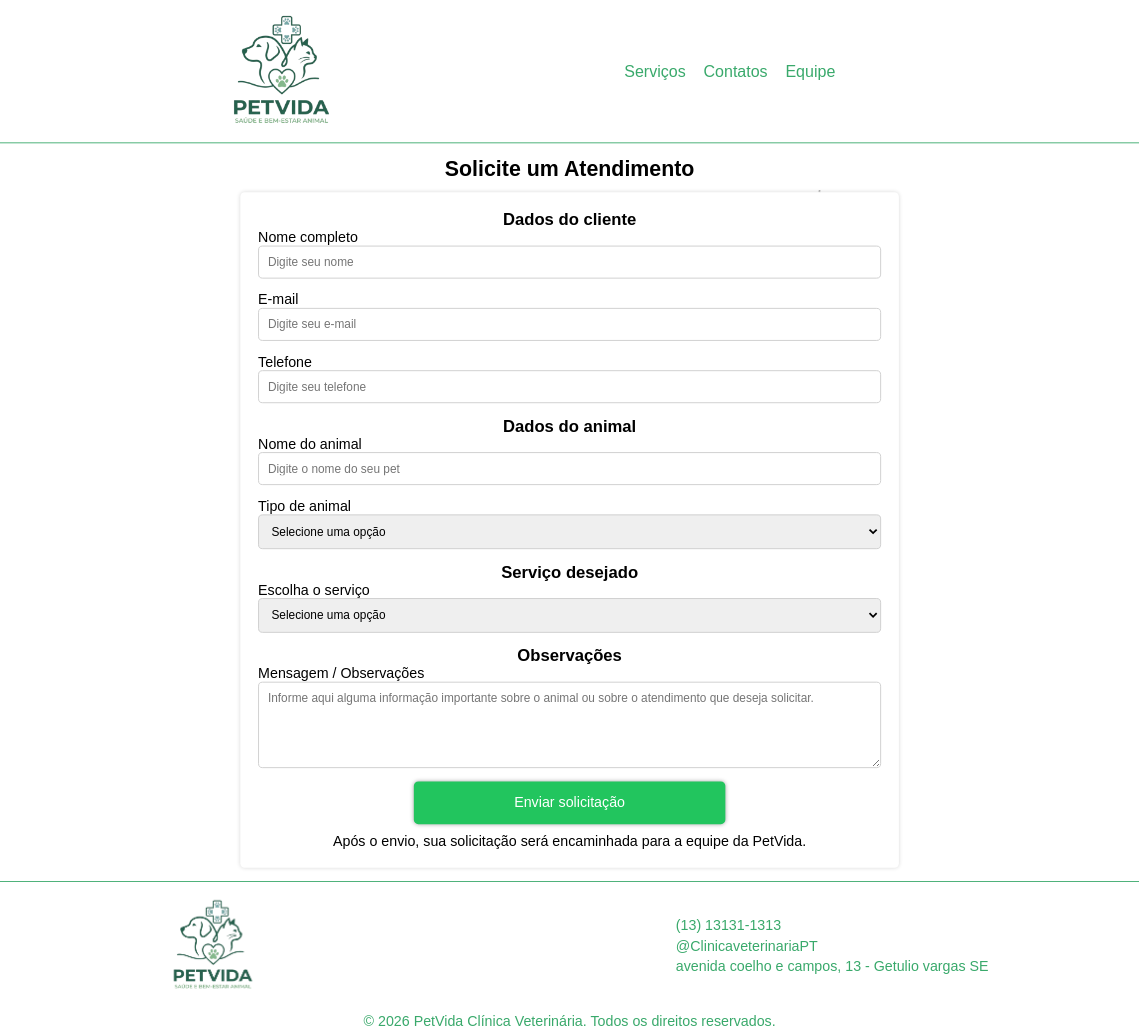
Repository: antonymsantana-design/Veterinario
Page: contatos.html
The author's editor kept a copy of each file at every save. The page is drawn from the files as they stood at one save, then again after the next save.
The browser window is 1280 px wide. The pictures show the whole page, at 89% of full size.

Above is the page before, as saved 2026-10-03 20:04:55.

### contatos.html
<!doctype html>
<html lang="pt-br">
  <head>
    <meta charset="UTF-8" />
    <meta name="viewport" content="width=device-width, initial-scale=1.0" />
    <title>Cebola Hair</title>
    <link rel="stylesheet" href="style.css" />
  </head>
  <header>
    <div class="conteudoH" id="conteudoH">
      <div class="imagem" id="imagem">
        <img src="image/logo.png" alt="logo" class="logoIMG" id="logoIMG" />
      </div>
      <div class="direitaH">
        <div class="links" id="links">
          <a href="serviços.html" class="aLinks" id="servA">Serviços</a>
          <a href="CONTATOS.HTML" class="aLinks" id="contatosA">Contatos</a>
          <a href="Team.html" class="aLinks" id="contatosA">Equipe</a>
        </div>
      </div>
    </div>
  </header>

  <body>
    <h2 class="Our" id="servicosT">Solicite um Atendimento</h2>
    <hr />



    <div class="context">
    <form
      action="https://formsubmit.co/antony.m.santana@aluno.senai.br"
      method="POST"
    >
      <input type="hidden" name="_subject" value="Nova solicitação - PetVida" />
      <input type="hidden" name="_template" value="table" />

      <h3>Dados do cliente</h3>

      <div class="campo">
        <label for="nome">Nome completo</label>
        <input
          type="text"
          name="nome"
          id="nome"
          placeholder="Digite seu nome"
          required
        />
      </div>

      <div class="campo">
        <label for="email">E-mail</label>
        <input
          type="email"
          name="email"
          id="email"
          placeholder="Digite seu e-mail"
          required
        />
      </div>

      <div class="campo">
        <label for="telefone">Telefone</label>
        <input
          type="tel"
          name="telefone"
          id="telefone"
          placeholder="Digite seu telefone"
          required
        />
      </div>

      <h3>Dados do animal</h3>

      <div class="campo">
        <label for="animal">Nome do animal</label>
        <input
          type="text"
          name="animal"
          id="animal"
          placeholder="Digite o nome do seu pet"
          required
        />
      </div>

      <div class="campo">
        <label for="tipo">Tipo de animal</label>

        <select name="tipo_animal" id="tipo" required>
          <option value="">Selecione uma opção</option>
          <option value="Cachorro">Cachorro</option>
          <option value="Gato">Gato</option>
          <option value="Outro">Outro</option>
        </select>
      </div>

      <h3>Serviço desejado</h3>

      <div class="campo">
        <label for="servico">Escolha o serviço</label>

        <select name="servico" id="servico" required>
          <option value="">Selecione uma opção</option>
          <option value="Consulta veterinária">Consulta veterinária</option>
          <option value="Vacinação">Vacinação</option>
          <option value="Banho e tosa">Banho e tosa</option>
          <option value="Exames laboratoriais">Exames laboratoriais</option>
          <option value="Atendimento de emergência">
            Atendimento de emergência
          </option>
          <option value="Acompanhamento veterinário">
            Acompanhamento veterinário
          </option>
        </select>
      </div>

      <h3>Observações</h3>

      <div class="campo">
        <label for="mensagem">Mensagem / Observações</label>

        <textarea
          name="mensagem"
          id="mensagem"
          rows="5"
          placeholder="Informe aqui alguma informação importante sobre o animal ou sobre o atendimento que deseja solicitar."
        ></textarea>
      </div>

      <button type="submit" class="buto">Enviar solicitação</button>

      <p class="texto-form">
        Após o envio, sua solicitação será encaminhada para a equipe da PetVida.
      </p>
    </form>

    </div>
  </body>
  <footer id="footer">
    <div class="cimaF">
      <div class="direita">
        <img src="image/logo.png" alt="logo" class="logoIMGF" id="logoIMG" />
      </div>

      <div class="esquerda">
        <p>(13) 13131-1313</p>
        <p>@ClinicaveterinariaPT</p>
        <p>avenida coelho e campos, 13 - Getulio vargas SE</p>
      </div>
    </div>
    <div class="baixoF">
      <p>© 2026 PetVida Clínica Veterinária. Todos os direitos reservados.</p>
    </div>
  </footer>
</html>

### style.css
* {
  padding: 0px;
  margin: 0px;
  font-family: Arial, Helvetica, sans-serif;
}
a{
    color: black;
    text-decoration: none;
}

header {
  background-color: #ffffff;
  height: 160px;
  display: flex;
  justify-content: center;
  align-items: center;
  border-bottom: 1px solid #39a96b;
}

.conteudoH {
  display: flex;
  justify-content: center;
  align-items: center;
  gap: 300px;
}

.imagem {
  margin-left: 20px;
  margin-top: 5px;
  display: flex;
  justify-content: center;
  align-items: center;
  gap: 30px;
  font-weight: 600;
  font-size: 22px;
}

.logoIMG {
  width: 170px;
  margin-bottom: 10px;
  cursor: pointer;
}

.logoH {
  color: white;
}

.links {
  display: flex;
  gap: 20px;
  justify-content: center;
  padding-right: 130px;
  font-size: 18px;
}

.links a {
  text-decoration: none;
  color: #39a96b;
  transition: 0.5s ease;
}

.aLinks:hover {
  transform: translateY(-5px);
  box-shadow: 0 4px 10px rgba(0, 0, 0, 0.15);
  background-color: #39a96b;
  color: #f5f5f5;
  border-radius: 5px;
  width: 120px;
  height: 30px;
  display: flex;
  justify-content: center;
  align-items: center;
}

.btnDiv {
  display: flex;
}

.btn {
  display: flex;
  justify-content: center;
  width: 140px;
  height: 50px;
  background-color: #22c55e;
  border: none;
  color: white;
  align-items: center;
  border-radius: 8px;
  transition: 0.3s ease;
  cursor: pointer;
  font-size: 14px;
}

.btn:hover {
  transform: translateY(-5px);
  box-shadow: 0 8px 15px rgba(0, 0, 0, 0.4);
}

.direitaH {
  display: flex;
  justify-content: center;
  align-items: center;
}

.conteudo {
  background-image: url(image/Cuidando\ de\ Quem\ Amamos.png);
  background-repeat: no-repeat;
  background-size: cover;
  background-position: center;
  height: 80vh;
  color: white;
}

.card {
  background-color: #fdeec7;
  width: 270px;
  height: 220px;
  display: flex;
  flex-direction: column;
  justify-content: center;
  align-items: center;
  border-radius: 5px;
}

.cards {
  margin: auto 100px;
  display: flex;
  justify-content: center;
  gap: 40px;
  padding-top: 20px;
  padding-bottom: 20px;
}

.card h4 {
  color: #22c55e;
}

.icone {
  width: 120px;
  height: 120px;
  padding-bottom: 10px;
}

.Our {
  padding-top: 15px;
  text-align: center;
  padding-bottom: 10px;
}

hr {
  color: #22c55e;
  text-align: center;
  margin-left: 920px;
  margin-right: 920px;
}

.agendar {
  display: flex;
  justify-content: space-around;
  align-items: center;
  padding-bottom: 20px;
}

.form {
  background-color: #ecf2f7;
  width: 600px;
  height: 300px;
  border-radius: 7px;
  display: flex;
  justify-content: center;
  flex-direction: column;
}

.formCima {
  padding-top: 20px;
  display: flex;
  justify-content: center;
  align-items: center;
  flex-direction: column;
}

.quadrado {
  display: grid;
  justify-content: center;
  grid-template-columns: repeat(2, 200px);
  gap: 30px;
  column-gap: 70px;
  margin-right: 40px;
}

.esq {
  font-size: 25px;
}

footer {
  display: flex;
  justify-content: center;
  align-items: center;
  flex-direction: column;
  background-color: #ffffff;
  color: #39a96b;
  border-top: 1px solid #39a96b;
}

.AbH2 {
  padding-left: 20px;
  padding-right: 20px;
  padding-bottom: 10px;
  padding-top: 10px;
  text-align: center;
}

.AbH3 {
  padding-left: 20px;
  padding-right: 20px;
  padding-bottom: 10px;
  padding-top: 10px;
  text-align: center;
  margin-left: 425px;
  margin-right: 425px;
}

.topc {
  display: flex;
  justify-content: center;
  align-items: center;
  flex-direction: column;
  text-align: center;
  max-width: 350px;
}

.topics {
  display: flex;
  justify-content: center;
  gap: 100px;
  padding-bottom: 25px;
}

.topcIMG {
  width: 290px;
  height: 260px;
  border-radius: 25px;
  cursor: pointer;
  padding-bottom: 10px;
  padding-top: 10px;
}

.topcH {
  padding-bottom: 10px;
}

.cimaF {
  display: flex;
  justify-content: center;
  gap: 450px;
  align-items: center;
  margin-bottom: 4px;
}

.logoIMGF {
  width: 140px;
  cursor: pointer;
}

.esquerda {
  display: flex;
  flex-direction: column;
  gap: 5px;
}

.formu {
  width: 240px;
  height: 30px;
  border-radius: 5px;
  border: none;
}

.forms {
  width: 500px;
  height: 30px;
  border-radius: 5px;
  border: none;
}

.agendarbtn {
  display: flex;
  justify-content: center;
  align-items: center;
  width: 512px;
  height: 40px;
  background-color: #22c55e;
  border: none;
  color: white;
  border-radius: 8px;
  transition: 0.3s ease;
  cursor: pointer;
  margin-top: 15px;
}

.agendarbtn:hover {
  transform: translateY(-5px);
}

.btnAgendar {
  display: flex;
  justify-content: center;
  align-items: center;
}

/*pagina de serviços*/

.primeiro {
  background-color: #f0f9f4;
  width: 300px;

  padding-bottom: 13px;
  text-align: center;
  padding-top: 13px;
  flex-wrap: wrap;
  border-radius: 15px;
}

.cards {
    margin-left: 190px;
  display: grid;
  justify-content: center;
  grid-template-columns: repeat(3, 400px);
  gap: 50px;
  padding-bottom: 15px;
}
.cards .primeiro img {
  width: 250px;
  height: 250px;
  border-radius: 15px;
}
h1 {
  text-align: center;
  margin-top: 20px;
  margin-bottom: 20px;
}
.texto {
  color: #3c2415;
}
.preco {
  color: #e4c8a4;
}

form {
  display: flex;
  flex-direction: column;
  align-items: center;
  justify-content: center;
  box-shadow: 0px 0px 5px rgba(0, 0, 0, 0.16);
  padding: 20px;
  width: 700px;
  margin: 0 auto;
  border-radius: 5px;
  margin-bottom: 15px;
}

.campo{
    display: flex;
    flex-direction: column;
    margin-bottom: 15px;
    width: 100%;
}

input, select, textarea{
    padding: 10px;
    border-radius: 5px;
    border: 1px solid #ccc;
    resize: vertical;
}

.buto{
    padding: 15px;
    background-color: #22c55e;
    width: 50%;
    border: none;
    border-radius: 5px;
    color: white;
    cursor:pointer;
    font-size: 16px;
    font-weight: lighter;
    margin-bottom: 11px;
     box-shadow: 0px 0px 5px rgba(0, 0, 0, 0.367);
}




/* celular */

@media (max-width: 768px) {
  /* header */
  header {
    height: auto;
    padding: 10px 0;
  }

  .conteudoH {
    flex-direction: column;
    padding-right: 0;
    gap: 15px;
  }

  .imagem {
    margin-left: 0;
    margin-top: 0;
    gap: 10px;
  }

  .logoIMG {
    width: 80px;
    height: 80px;
  }

  .logoH {
    font-size: 20px;
  }

  .direitaH {
    flex-direction: column;
    gap: 15px;
  }

  .links {
    padding-right: 0;
    font-size: 16px;
  }

  .conteudo {
    height: 400px;
  }

  .texto {
    padding-left: 25px;
    padding-right: 25px;
    height: 400px;
    font-size: 25px;
  }

  .texto small {
    font-size: 14px;
  }

  .Our {
    font-size: 25px;
  }

  hr {
    margin-left: 30%;
    margin-right: 30%;
  }

  .cards {
    flex-direction: column;
    align-items: center;
    gap: 20px;
  }

  .card {
    width: 80%;
    max-width: 270px;
  }

  .agendar {
    flex-direction: column;
    gap: 30px;
    padding: 30px 20px;
  }

  .esq {
    font-size: 18px;
    text-align: center;
  }

  .esq h1 {
    font-size: 28px;
  }

  .esq p {
    font-size: 15px;
  }

  .form {
    width: 100%;
    max-width: 600px;
    height: auto;
    padding: 20px 0;
  }

  .forms {
    width: 80%;
  }

  .quadrado {
    grid-template-columns: 1fr;
    gap: 15px;
    margin-right: 0;
  }

  .formu {
    width: 80%;
  }

  .quadrado > div {
    width: 100%;
    text-align: center;
  }

  .quadrado label {
    display: block;
    margin-bottom: 5px;
  }

  .agendarbtn {
    width: 80%;
  }

  footer {
    flex-direction: column;
    gap: 20px;
    padding: 20px;
    text-align: center;
  }

  .esquerda {
    align-items: center;
  }
}

After the next save:
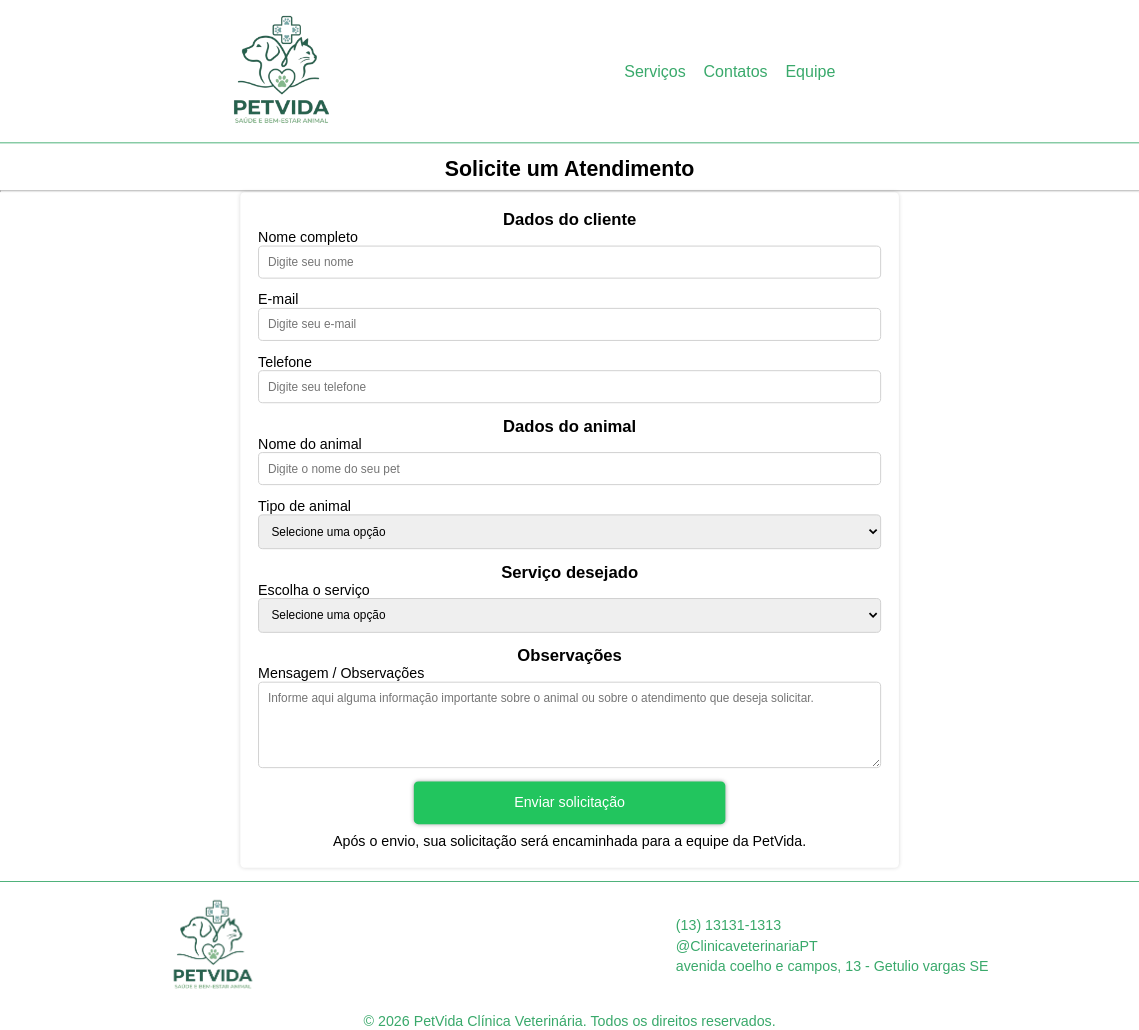
Saved 28 s later.
--- a/style.css
+++ b/style.css
@@ -150,8 +150,7 @@
 hr {
   color: #22c55e;
   text-align: center;
-  margin-left: 920px;
-  margin-right: 920px;
+
 }
 
 .agendar {

After the save that followed:
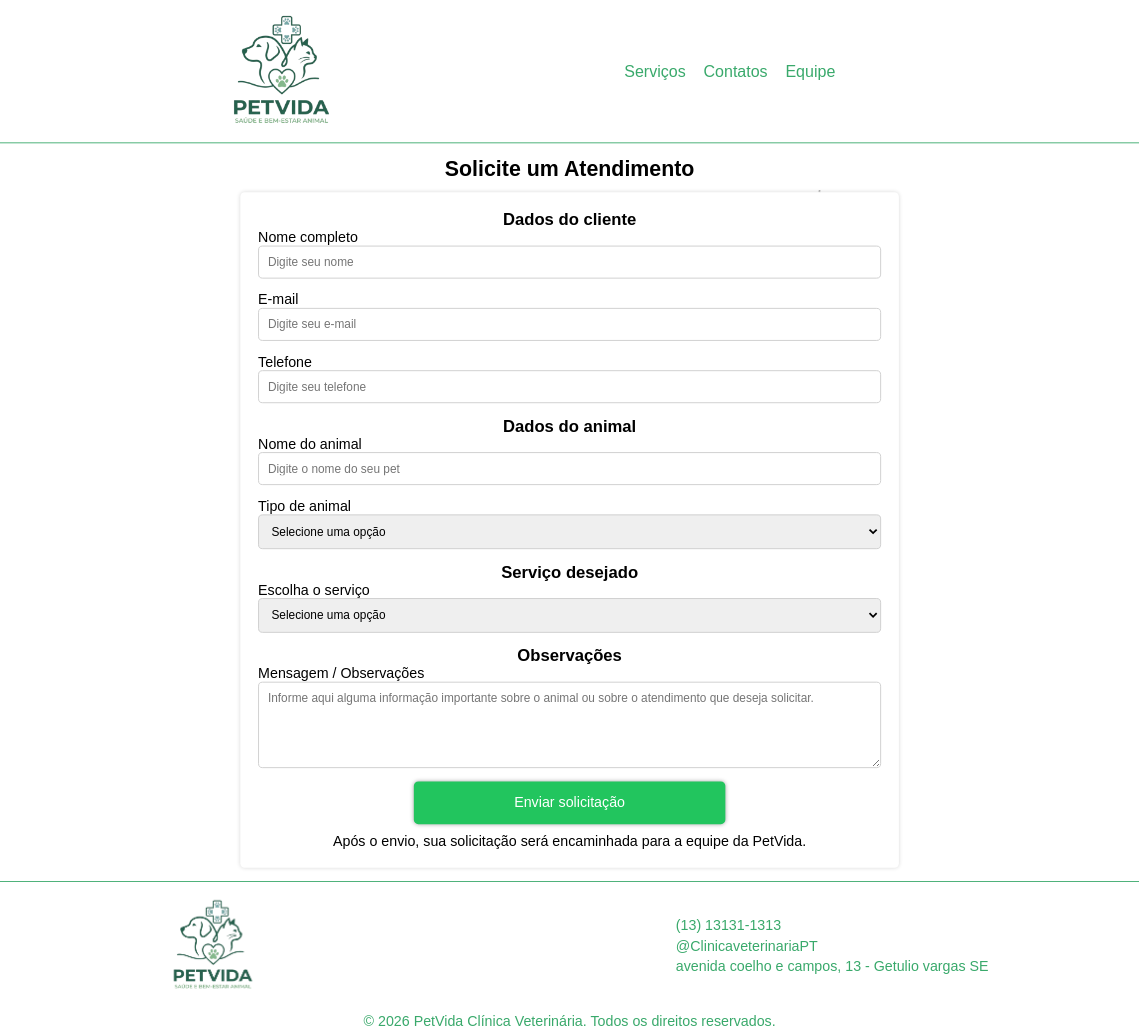
Saved 4 s later.
--- a/style.css
+++ b/style.css
@@ -150,7 +150,8 @@
 hr {
   color: #22c55e;
   text-align: center;
-
+  margin-left: 920px;
+  margin-right: 920px;
 }
 
 .agendar {
